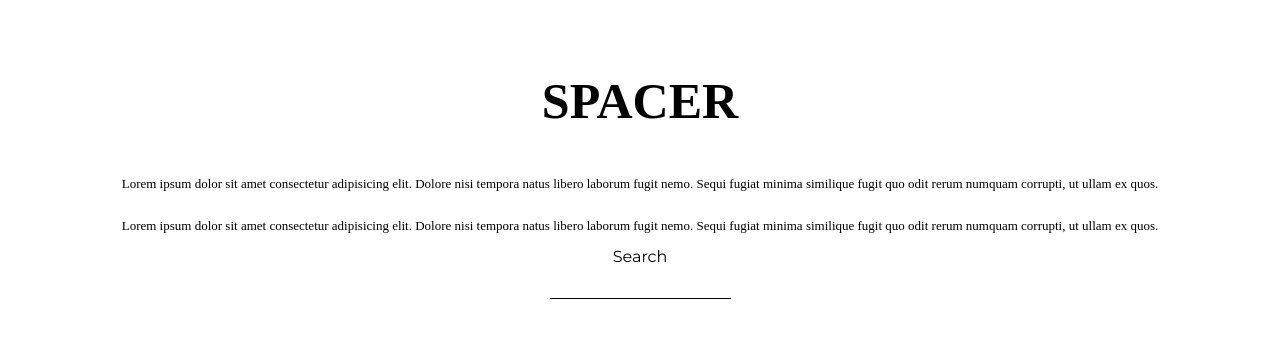
Repository: Trelefele/spacer-roman
Page: /
An editor plug-in stored every save of this project. The page is shown before and after the next save, followed by the edit.
The browser window is 1280 px wide. The pictures show the whole page.
The project was rebuilt for these pictures with package versions that can differ from the ones it lists, and the page was loaded fresh each time.

Above is the page before, as saved 2019-02-03 17:37:16.

### public/index.html
<!DOCTYPE html>
<html lang="en">
  <head>
    <meta charset="utf-8">
    <meta http-equiv="X-UA-Compatible" content="IE=edge">
    <meta name="viewport" content="width=device-width,initial-scale=1.0">
    <link rel="icon" href="<%= BASE_URL %>favicon.ico">
    <!-- <script src="https://unpkg.com/axios/dist/axios.min.js"></script> -->
    <title>spacer-roman</title>
  </head>
  <body>
    <noscript>
      <strong>We're sorry but spacer-roman doesn't work properly without JavaScript enabled. Please enable it to continue.</strong>
    </noscript>
    <div id="app"></div>
    <!-- built files will be auto injected -->
  </body>
</html>

### src/App.vue
<template>
  <div class="app">
    <router-view/>
  </div>
</template>

<style lang="scss" scoped >
@import url('https://fonts.googleapis.com/css?family=Montserrat:300,400,600,800');

* {
  box-sizing: border-box;
}

body {
  font-family: 'Montserrat', sans-serif;
}

</style>

### src/router.js
import Vue from 'vue';
import Router from 'vue-router';
// import Home from './views/Home.vue';
import Search from './views/Search.vue';


Vue.use(Router);

export default new Router({
//   mode: 'history',
//   base: process.env.BASE_URL,
  routes: [
    {
      path: '/',
      name: 'Search',
      component: Search,
    },
  ],
});

### src/views/Search.vue
<template>
  <div class="searchWrapper">
    <Claim/>
  <div class="search"></div>
    <label for="search">Search</label>
    <input
      id="search"
      name="search"
      v-model="searchValue"
      @input="handleInput"
      />

  </div>
</template>

<script>
import axios from 'axios';
import debounce from 'lodash.debounce';
import Claim from '@/components/Claim.vue';

const API = 'https://images-api.nasa.gov/search';

export default {
  name: 'Search',
  components: {
    Claim,
  },
  data() {
    return {
      searchValue: '',
      results: [],
    };
  },
  methods: {
    // eslint-disable-next-line
    handleInput: debounce(function(){
      axios.get(`${API}?q=${this.searchValue}&media_type=image`)
        .then((response) => {
          // this.results = response.data.collection.items;
          this.results = response.data.collection.items;
        })
        .catch((error) => {
          console.log(error);
        });
    }, 500),
  },
};
</script>

<style lang="scss" scoped>
    .searchWrapper {
        display: flex;
        flex-direction: column;
        align-items: center;
        margin: 0;
        padding: 30px;
        width: 100%
    }
    .search {
        display: flex;
        flex-direction: column;
        width: 250px;
    }
    label {
      font-family: montserrat, sans-serif;
    }
    input {
      height: 30px;
      border: 0;
      border-bottom: 1px solid black;
    }
</style>

### src/components/Claim.vue
<template>
    <div class="claimWrapper">
        <h1 class="claim">SPACER</h1>
        <p class="subclaim">
            Lorem ipsum dolor sit amet consectetur adipisicing elit. Dolore nisi tempora natus libero laborum fugit nemo. Sequi fugiat minima similique fugit quo odit rerum numquam corrupti, ut ullam ex quos.
        </p>
        <p class="subclaim">
            Lorem ipsum dolor sit amet consectetur adipisicing elit. Dolore nisi tempora natus libero laborum fugit nemo. Sequi fugiat minima similique fugit quo odit rerum numquam corrupti, ut ullam ex quos.
        </p>
    </div>
</template>

<script>

export default {
  name: 'Claim',
};

</script>

<style lang="scss" scoped>
.claimWrapper{
    display: flex;
    flex-direction: column;
    justify-content: center;
    align-items: center;
}

.claim{
    font-size: 50px;

}

.subclaim{
    margin-top: 40px 0 0 0;
    font-size: 13px;
}
</style>

Loaded but not shown: src/main.js (common file)

After the next save:
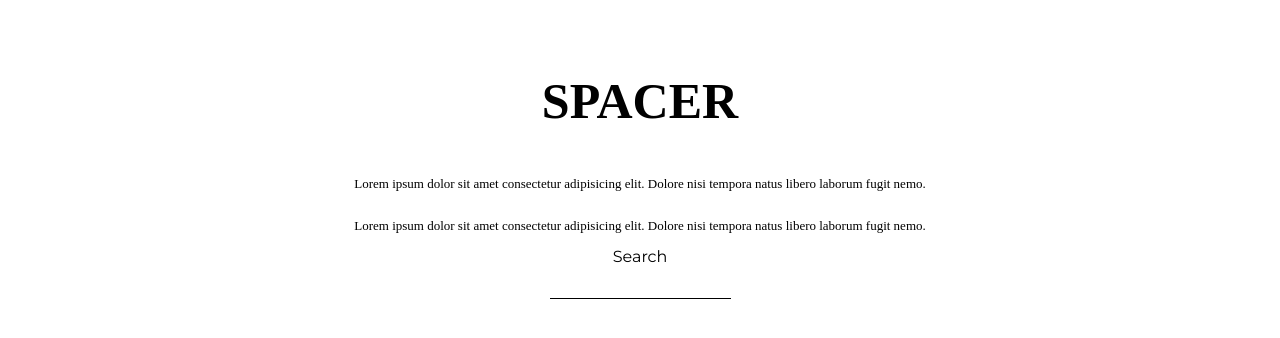
Saved 44 s later.
--- a/src/components/Claim.vue
+++ b/src/components/Claim.vue
@@ -2,10 +2,10 @@
     <div class="claimWrapper">
         <h1 class="claim">SPACER</h1>
         <p class="subclaim">
-            Lorem ipsum dolor sit amet consectetur adipisicing elit. Dolore nisi tempora natus libero laborum fugit nemo. Sequi fugiat minima similique fugit quo odit rerum numquam corrupti, ut ullam ex quos.
+            Lorem ipsum dolor sit amet consectetur adipisicing elit. Dolore nisi tempora natus libero laborum fugit nemo.
         </p>
         <p class="subclaim">
-            Lorem ipsum dolor sit amet consectetur adipisicing elit. Dolore nisi tempora natus libero laborum fugit nemo. Sequi fugiat minima similique fugit quo odit rerum numquam corrupti, ut ullam ex quos.
+            Lorem ipsum dolor sit amet consectetur adipisicing elit. Dolore nisi tempora natus libero laborum fugit nemo.
         </p>
     </div>
 </template>
